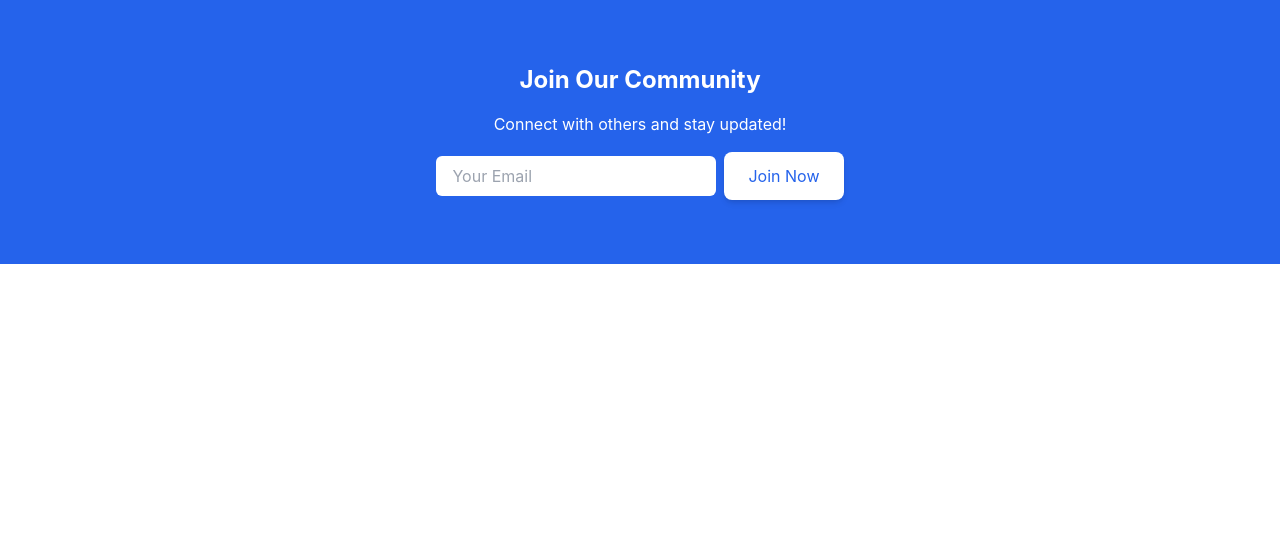
Repository: asadhaye/ss-tax
Page: /community
These files come from the project's save history. The page is drawn as it stood at one moment and after the next save; the edit follows.
The browser window is 1280 px wide. The pictures show the whole page.
The project was rebuilt for these pictures with package versions that can differ from the ones it lists, and the page was loaded fresh each time. The framework's server and built-in components were replaced by stand-ins that run in the browser. Also part of the build but not shown: next.config.mjs.

Above is the page before, as saved 2025-05-25 18:13:07.

After the next save:
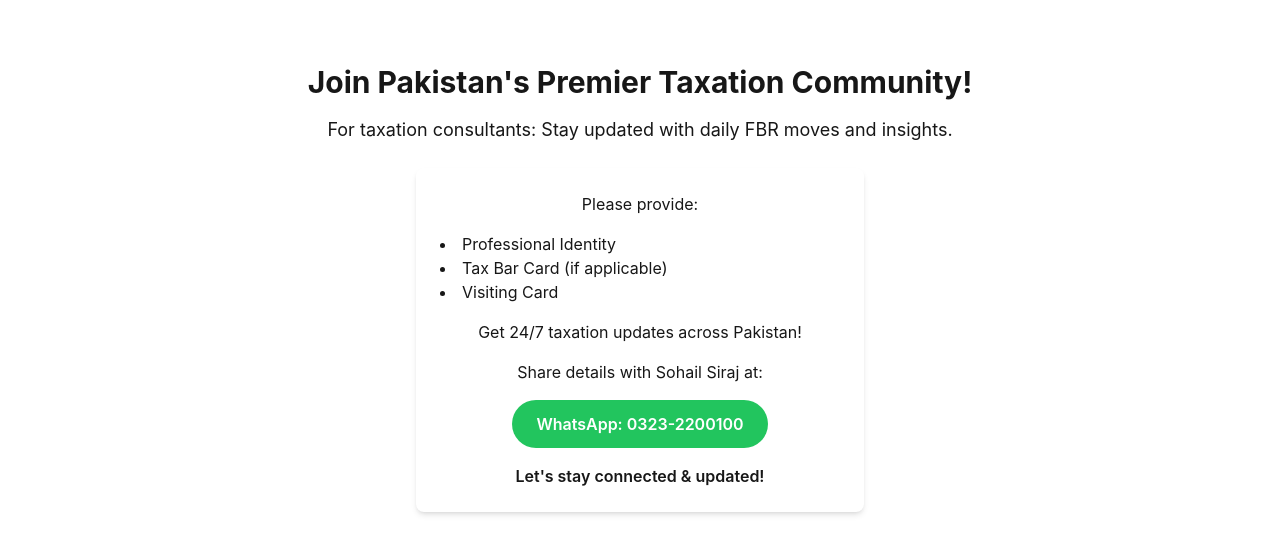
Saved 23 s later.
--- a/app/components/JoinCommunity.tsx
+++ b/app/components/JoinCommunity.tsx
@@ -30,28 +30,27 @@
   };
 
   return (
-    <section className="join-community py-8 bg-blue-600 text-white">
-      <div className="container mx-auto text-center py-8">
-        <h2 className="text-2xl font-bold mb-4">Join Our Community</h2>
-        <p className="mb-4">Connect with others and stay updated!</p>
-        <form onSubmit={handleJoin} className="flex flex-col md:flex-row items-center justify-center">
-          <input
-            type="email"
-            placeholder="Your Email"
-            value={email}
-            onChange={(e) => setEmail(e.target.value)}
-            className="text-black px-4 py-2 rounded-md focus:outline-none focus:ring-blue-500 focus:border-blue-500 mr-2 mb-2 md:mb-0"
-            disabled={loading}
-          />
-          <button
-            type="submit"
-            className="bg-white text-blue-600 px-6 py-3 rounded-lg shadow-md hover:bg-blue-700 hover:text-white transition duration-300 ease-in-out disabled:opacity-50"
-            disabled={loading}
+    <section id="community" className="py-16">
+      <div className="container mx-auto text-center">
+        <h2 className="text-3xl font-bold mb-4">Join Pakistan's Premier Taxation Community!</h2>
+        <p className="text-lg mb-6">For taxation consultants: Stay updated with daily FBR moves and insights.</p>
+        <div className="bg-white p-6 rounded-lg shadow-md max-w-md mx-auto">
+          <p className="mb-4">Please provide:</p>
+          <ul className="text-left list-disc list-inside mb-4">
+            <li>Professional Identity</li>
+            <li>Tax Bar Card (if applicable)</li>
+            <li>Visiting Card</li>
+          </ul>
+          <p className="mb-4">Get 24/7 taxation updates across Pakistan!</p>
+          <p className="mb-4">Share details with Sohail Siraj at:</p>
+          <a
+            href="https://wa.me/923232200100"
+            className="bg-green-500 text-white px-6 py-3 rounded-full font-semibold hover:bg-green-600 inline-block"
           >
-            {loading ? 'Signing Up...' : 'Join Now'}
-          </button>
-        </form>
-        {message && <p className="mt-4">{message}</p>}
+            WhatsApp: 0323-2200100
+          </a>
+          <p className="mt-4 font-semibold">Let's stay connected & updated!</p>
+        </div>
       </div>
     </section>
   );
